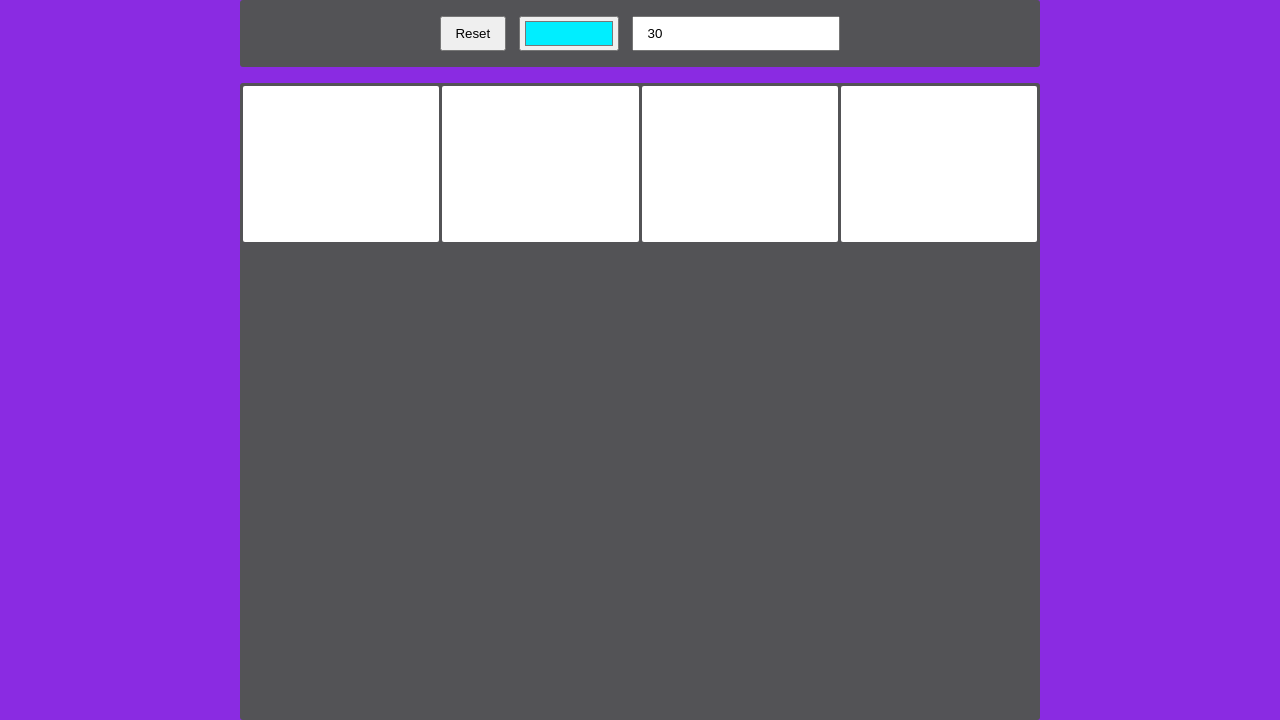
Repository: Larrowo/Challenges
Page: Pixel-Art/index.html
The author's editor kept a copy of each file at every save. The page is drawn from the files as they stood at one save, then again after a run of saves.
The browser window is 1280 px wide. The pictures show the whole page.

Above is the page before, as saved 2022-04-20 12:34:21.

After the next 2 saves:
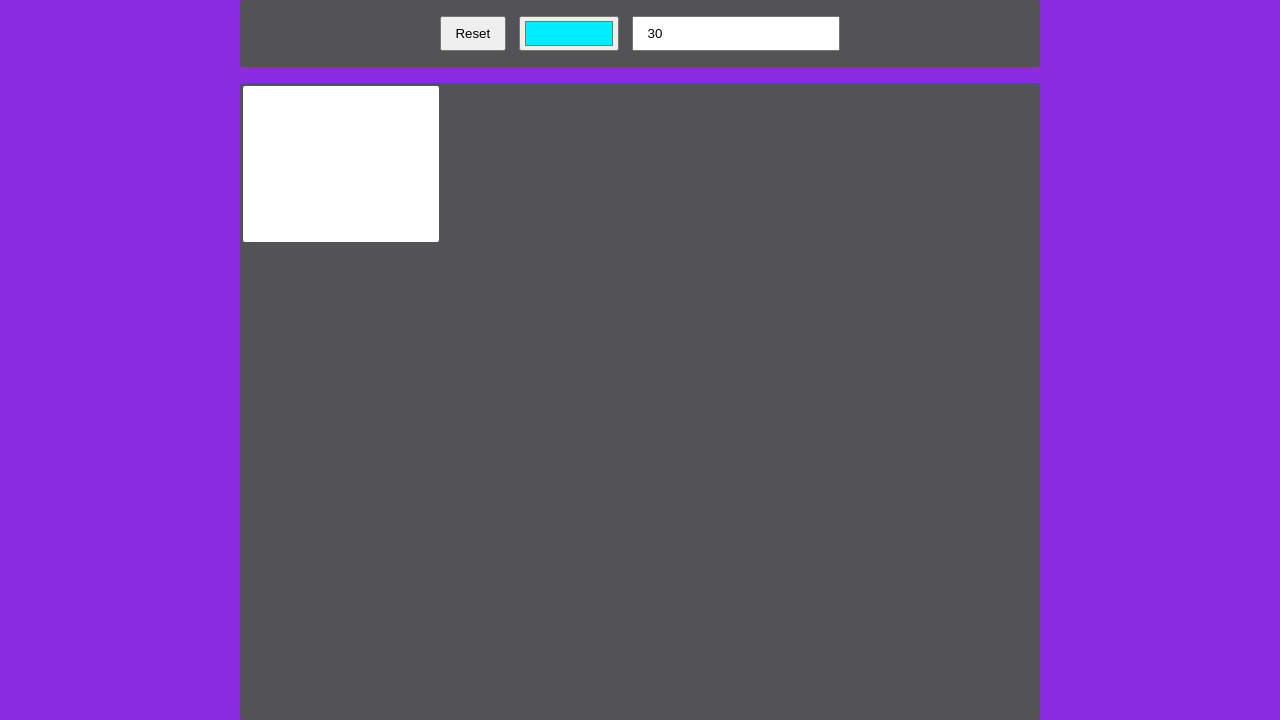
The 2 saves are shown as one change because they came seconds apart.
The last was saved 7 s later.
--- a/Pixel-Art/main.js
+++ b/Pixel-Art/main.js
@@ -8,4 +8,4 @@
     }
 }
 
-populate(4)
+populate(1)

After the 3 saves that followed:
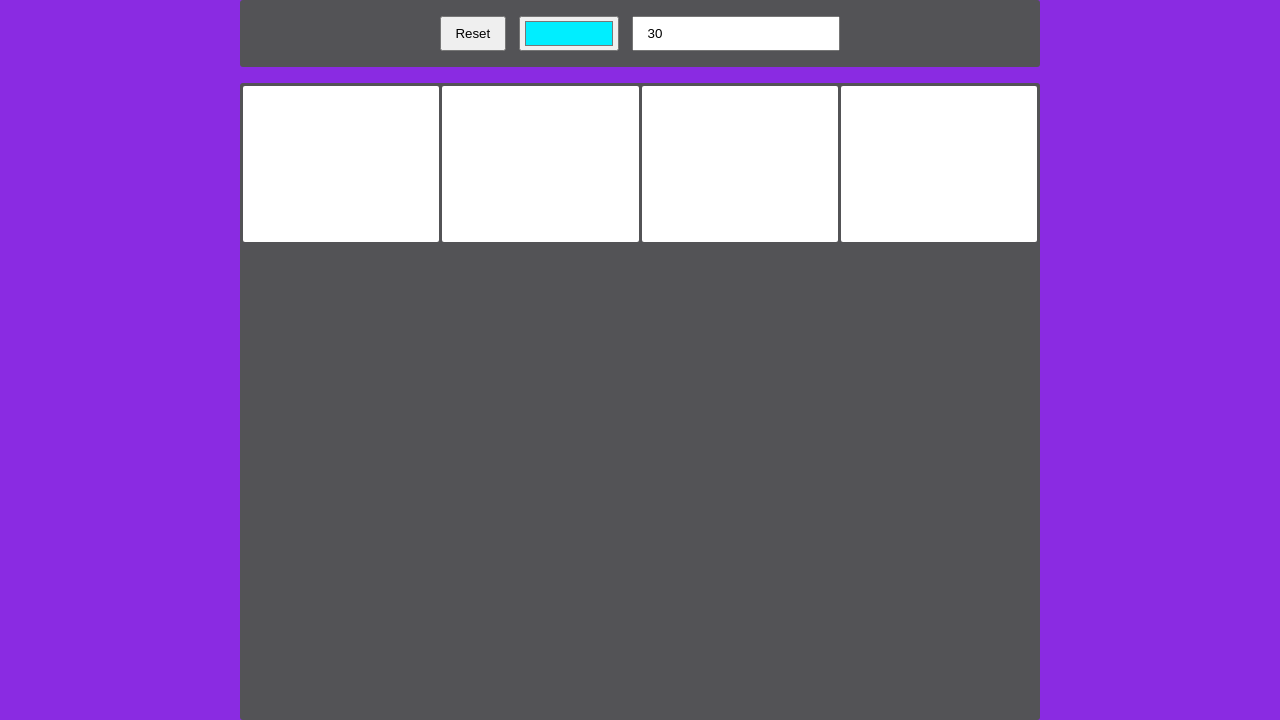
The 3 saves are shown as one change because they came seconds apart.
The last was saved 74 s later.
--- a/Pixel-Art/main.js
+++ b/Pixel-Art/main.js
@@ -1,11 +1,11 @@
 const container = document.querySelector(".container");
 
 function populate (size){
-    for (let index = 0; index < size; index++) {
+    for (let index = 0; index < size * size; index++) {
         const div = document.createElement("div");
         div.classList.add("pixel");
         container.appendChild(div);
     }
 }
 
-populate(1)
+populate(2)
